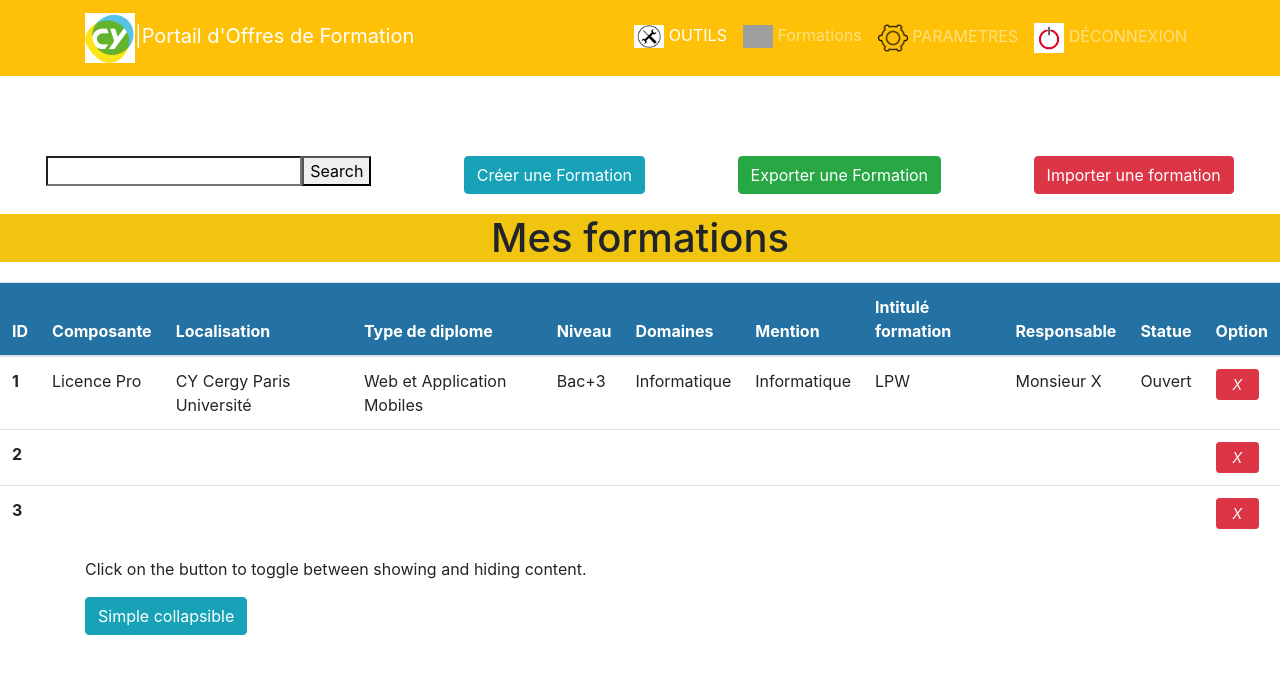
Repository: BaldeThierno1990/Projet-1-formation-tableau-generique-vue-export
Page: / (app in mcc/)
These files come from the project's save history. The page is drawn as it stood at one moment and after the next save; the edit follows.
The browser window is 1280 px wide. The pictures show the whole page.
Pictures or frames that could not be fetched are drawn as grey boxes. The project was rebuilt for these pictures with package versions that can differ from the ones it lists, and the page was loaded fresh each time.

Above is the page before, as saved 2021-03-22 12:59:37.

After the next save:
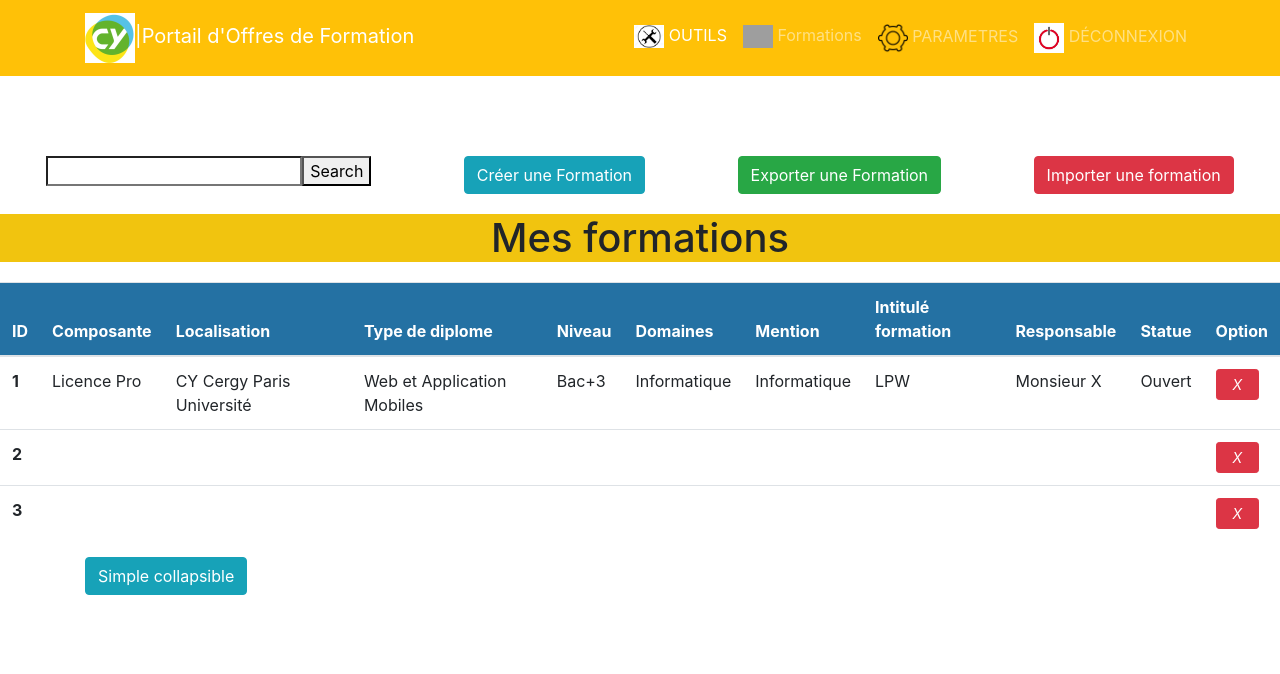
Saved 10 s later.
--- a/mcc/src/components/tableau/VFormation.vue
+++ b/mcc/src/components/tableau/VFormation.vue
@@ -1,7 +1,7 @@
 <template>
     <div class="container">
 
-  <p>Click on the button to toggle between showing and hiding content.</p>
+
   <button type="button" class="btn btn-info" data-toggle="collapse" data-target="#demo">Simple collapsible</button>
   <div id="demo" class="collapse">
     Lorem ipsum dolor sit amet, consectetur adipisicing elit,
